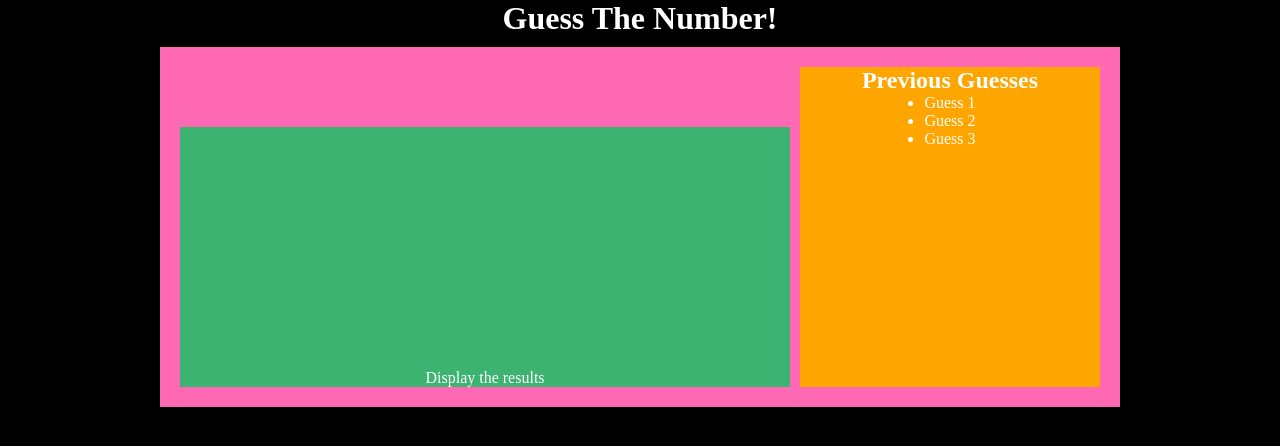
Repository: mlmEFSC21/P14-Guessing-Game
Page: guess.html
The author's editor kept a copy of each file at every save. The page is drawn from the files as they stood at one save, then again after the next save.
The browser window is 1280 px wide. The pictures show the whole page.

Above is the page before, as saved 2022-03-16 20:21:33.

### guess.html
<!DOCTYPE html>
<html lang="en">
    <head>
        <meta charset="UTF-8" />
        <meta http-equiv="X-UA-Compatible" content="IE=edge" />
        <meta name="viewport" content="width=device-width, initial-scale=1.0" />
        <link rel="stylesheet" href="guess.css" />
        <script src="guess.js" defer></script>
        <title>Guessing Game</title>
    </head>
    <body>
        <header>
            <h1 class="pageTitle">Guess The Number!</h1>
        </header>
        <section>
            <div class="gameContainer" id="container">
                <div class="results" id="results">
                    <p>Display the results</p>
                </div>
                <div class="trackGuesses" id="guessContainer">
                    <h2>Previous Guesses</h2>
                    <ul class="guesses" id="guessList">
                        <li>Guess 1</li>
                        <li>Guess 2</li>
                        <li>Guess 3</li>
                    </ul>
                </div>
            </div>
        </section>
    </body>
</html>

### guess.css
*,
*::after,
*::before {
    box-sizing: border-box;
    margin: 0;
    padding: 0;
}
body {
    background-color: black;
    color: white;
}
.pageTitle {
    text-align: center;
}
.gameContainer {
    background-color: hotpink;
    display: grid;
    max-width: 960px;
    height: 50vh;
    margin: 10px auto;
    padding: 20px;
    grid-template-columns: repeat(3, 1fr);
    grid-template-rows: 1fr 1fr;
    grid-auto-rows: minmax(200px, auto);
    gap: 10px;
    align-items: start;
    justify-content: center;
}
.results {
    background-color: mediumseagreen;
    display: flex;
    grid-column: 1/3;
    grid-row: 2 / 4;
    height: 100%;
    justify-content: center;
    align-items: flex-end;
}
.trackGuesses {
    background-color: orange;
    display: flex;
    flex-direction: column;
    height: 100%;
    grid-row: 1 / 4;
    align-items: center;
}

### guess.js
let randomNumber = Math.floor(Math.random() * 1000 + 1);
let guesses = [];
let currentGuess;
const results = document.getElementById("results");
const p = document.createElement("p");

function getGuess() {
    currentGuess = parseInt(prompt("Pick a number between 1 and 1000 (inclusive)!"));
}

function checkGuess(guess, rng) {
    while (guess != rng) {
        if (guess == rng) {
            p.innerText = "You won. Good job!";
        } else if (guess < rng) {
            guesses.push(currentGuess);
            p.innerText = "Too low. Try again!";
            results.append(p);
            getGuess();
        } else {
            guesses.push(currentGuess);
            p.innerText = "Too high. Try again!";
            results.append(p);
            getGuess();
        }
    }
}

// getGuess();

// checkGuess(currentGuess, randomNumber);

//logging random number for debugging. DELETE LATER
console.log(randomNumber);
console.log(guesses);
console.log(currentGuess);

After the next save:
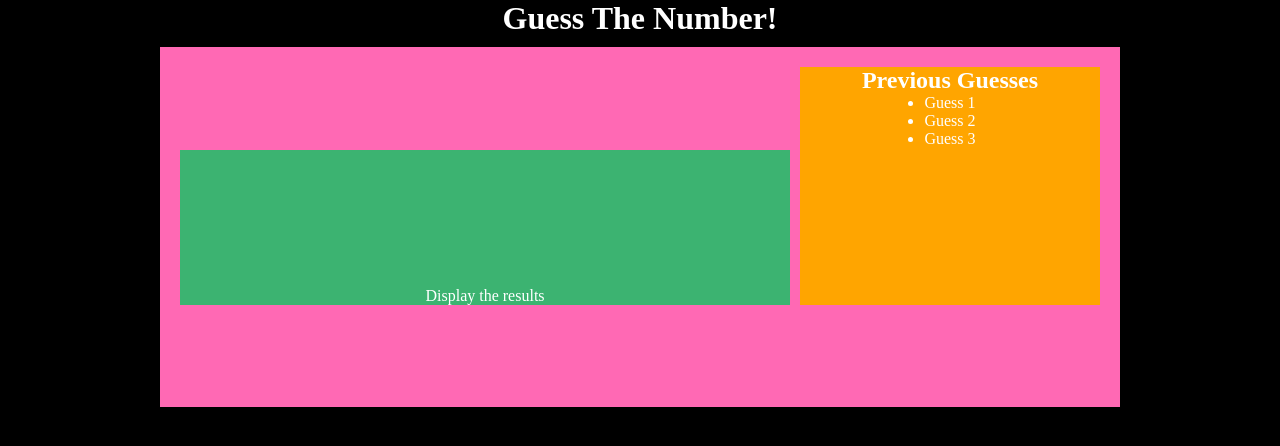
Saved 64 s later.
--- a/guess.css
+++ b/guess.css
@@ -20,7 +20,7 @@ body {
     margin: 10px auto;
     padding: 20px;
     grid-template-columns: repeat(3, 1fr);
-    grid-template-rows: 1fr 1fr;
+    grid-template-rows: repeat(4, 1fr);
     grid-auto-rows: minmax(200px, auto);
     gap: 10px;
     align-items: start;
